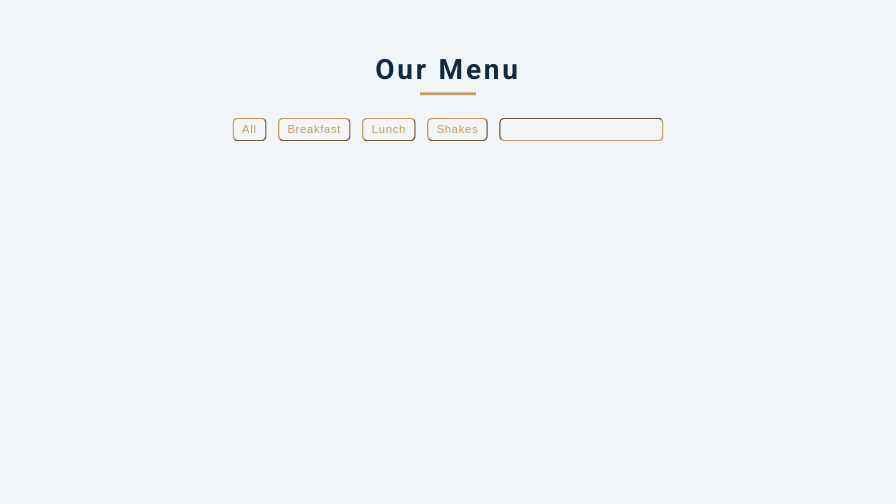
Repository: Hasmik-icml/menuFilter
Page: index.html
The author's editor kept a copy of each file at every save. The page is drawn from the files as they stood at one save, then again after a run of saves.
The browser window is 1280 px wide. The pictures show the whole page, at 70% of full size.
Some web libraries are served in a nearby version.

Above is the page before, as saved 2022-02-15 21:55:20.

### index.html
<!DOCTYPE html>
<html lang="en">
  <head>
    <meta charset="UTF-8" />
    <meta name="viewport" content="width=device-width, initial-scale=1.0" />
    <title>Starter</title>
    <!-- font-awesome -->
    <link
      rel="stylesheet"
      href="https://cdnjs.cloudflare.com/ajax/libs/font-awesome/5.14.0/css/all.min.css"
    />
    <!-- styles -->
    <link rel="stylesheet" href="styles.css" />
  </head>
  <body>
    <section class="menu">
      <!-- title -->
      <div class="title">
        <h2>our menu</h2>
        <div class="underline"></div>
      </div>
      <!-- filter buttons -->
      <div class="btn-container">
        <!-- <button type="button" class="filter-btn" data-id="all">all</button>
          <button type="button" class="filter-btn" data-id="breakfast">
            breakfast
          </button>
          <button type="button" class="filter-btn" data-id="lunch">lunch</button>
          <button type="button" class="filter-btn" data-id="shakes">
            shakes
          </button> -->
      </div>
      <!-- menu items -->
      <div class="section-center">
        <!-- single item -->
        <article class="menu-item">
          <img src="./menu-item.jpeg" alt="menu item" class="photo" />
          <div class="item-info">
            <header>
              <h4>buttermilk pancakes</h4>
              <h4 class="price">$15</h4>
            </header>
            <p class="item-text">
              Lorem ipsum dolor sit amet consectetur adipisicing elit.
              Repudiandae, sint quam. Et reprehenderit fugiat nesciunt inventore
              laboriosam excepturi! Quo, officia.
            </p>
          </div>
        </article>
        <!-- end of single item -->
        <!-- single item -->
        <article class="menu-item">
          <img src="./menu-item.jpeg" alt="menu item" class="photo" />
          <div class="item-info">
            <header>
              <h4>buttermilk pancakes</h4>
              <h4 class="price">$15</h4>
            </header>
            <p class="item-text">
              Lorem ipsum dolor sit amet consectetur adipisicing elit.
              Repudiandae, sint quam. Et reprehenderit fugiat nesciunt inventore
              laboriosam excepturi! Quo, officia.
            </p>
          </div>
        </article>
        <!-- end of single item -->
        <!-- single item -->
        <article class="menu-item">
          <img src="./menu-item.jpeg" alt="menu item" class="photo" />
          <div class="item-info">
            <header>
              <h4>buttermilk pancakes</h4>
              <h4 class="price">$15</h4>
            </header>
            <p class="item-text">
              Lorem ipsum dolor sit amet consectetur adipisicing elit.
              Repudiandae, sint quam. Et reprehenderit fugiat nesciunt inventore
              laboriosam excepturi! Quo, officia.
            </p>
          </div>
        </article>
        <!-- end of single item -->
      </div>
    </section>
    <!-- javascript -->
    <script type="module" src="./app.js"></script>
  </body>
</html>

### styles.css
/*
===============
Fonts
===============
*/
@import url("https://fonts.googleapis.com/css?family=Open+Sans|Roboto:400,700&display=swap");

/*
===============
Variables
===============
*/

:root {
  /* dark shades of primary color*/
  --clr-primary-1: hsl(205, 86%, 17%);
  --clr-primary-2: hsl(205, 77%, 27%);
  --clr-primary-3: hsl(205, 72%, 37%);
  --clr-primary-4: hsl(205, 63%, 48%);
  /* primary/main color */
  --clr-primary-5: #49a6e9;
  /* lighter shades of primary color */
  --clr-primary-6: hsl(205, 89%, 70%);
  --clr-primary-7: hsl(205, 90%, 76%);
  --clr-primary-8: hsl(205, 86%, 81%);
  --clr-primary-9: hsl(205, 90%, 88%);
  --clr-primary-10: hsl(205, 100%, 96%);
  /* darkest grey - used for headings */
  --clr-grey-1: hsl(209, 61%, 16%);
  --clr-grey-2: hsl(211, 39%, 23%);
  --clr-grey-3: hsl(209, 34%, 30%);
  --clr-grey-4: hsl(209, 28%, 39%);
  /* grey used for paragraphs */
  --clr-grey-5: hsl(210, 22%, 49%);
  --clr-grey-6: hsl(209, 23%, 60%);
  --clr-grey-7: hsl(211, 27%, 70%);
  --clr-grey-8: hsl(210, 31%, 80%);
  --clr-grey-9: hsl(212, 33%, 89%);
  --clr-grey-10: hsl(210, 36%, 96%);
  --clr-white: #fff;
  --clr-red-dark: hsl(360, 67%, 44%);
  --clr-red-light: hsl(360, 71%, 66%);
  --clr-green-dark: hsl(125, 67%, 44%);
  --clr-green-light: hsl(125, 71%, 66%);
  --clr-gold: #c59d5f;
  --clr-black: #222;
  --ff-primary: "Roboto", sans-serif;
  --ff-secondary: "Open Sans", sans-serif;
  --transition: all 0.3s linear;
  --spacing: 0.25rem;
  --radius: 0.5rem;
  --light-shadow: 0 5px 15px rgba(0, 0, 0, 0.1);
  --dark-shadow: 0 5px 15px rgba(0, 0, 0, 0.2);
  --max-width: 1170px;
  --fixed-width: 620px;
}
/*
===============
Global Styles
===============
*/

*,
::after,
::before {
  margin: 0;
  padding: 0;
  box-sizing: border-box;
}
body {
  font-family: var(--ff-secondary);
  background: var(--clr-grey-10);
  color: var(--clr-grey-1);
  line-height: 1.5;
  font-size: 0.875rem;
}
ul {
  list-style-type: none;
}
a {
  text-decoration: none;
}
img:not(.logo) {
  width: 100%;
}
img {
  display: block;
}

h1,
h2,
h3,
h4 {
  letter-spacing: var(--spacing);
  text-transform: capitalize;
  line-height: 1.25;
  margin-bottom: 0.75rem;
  font-family: var(--ff-primary);
}
h1 {
  font-size: 3rem;
}
h2 {
  font-size: 2rem;
}
h3 {
  font-size: 1.25rem;
}
h4 {
  font-size: 0.875rem;
}
p {
  margin-bottom: 1.25rem;
  color: var(--clr-grey-5);
}
@media screen and (min-width: 800px) {
  h1 {
    font-size: 4rem;
  }
  h2 {
    font-size: 2.5rem;
  }
  h3 {
    font-size: 1.75rem;
  }
  h4 {
    font-size: 1rem;
  }
  body {
    font-size: 1rem;
  }
  h1,
  h2,
  h3,
  h4 {
    line-height: 1;
  }
}
/*  global classes */

.btn {
  text-transform: uppercase;
  background: transparent;
  color: var(--clr-black);
  padding: 0.375rem 0.75rem;
  letter-spacing: var(--spacing);
  display: inline-block;
  transition: var(--transition);
  font-size: 0.875rem;
  border: 2px solid var(--clr-black);
  cursor: pointer;
  box-shadow: 0 1px 3px rgba(0, 0, 0, 0.2);
  border-radius: var(--radius);
}
.btn:hover {
  color: var(--clr-white);
  background: var(--clr-black);
}
/* section */
.section {
  padding: 5rem 0;
}

main {
  min-height: 100vh;
  display: grid;
  place-items: center;
}
/*
===============
Menu
===============
*/

.menu {
  padding: 5rem 0;
}
.title {
  text-align: center;
  margin-bottom: 2rem;
}
.underline {
  width: 5rem;
  height: 0.25rem;
  background: var(--clr-gold);
  margin-left: auto;
  margin-right: auto;
}
.btn-container {
  margin-bottom: 4rem;
  display: flex;
  justify-content: center;
}
.filter-btn {
  background: transparent;
  border-color: var(--clr-gold);
  font-size: 1rem;
  text-transform: capitalize;
  margin: 0 0.5rem;
  letter-spacing: 1px;
  border-radius: var(--radius);
  padding: 0.375rem 0.75rem;
  color: var(--clr-gold);
  cursor: pointer;
  transition: var(--transition);
}
.filter-btn:hover {
  background: var(--clr-gold);
  color: var(--clr-white);
}
.section-center {
  width: 90vw;
  margin: 0 auto;
  max-width: 1170px;
  display: grid;
  gap: 3rem 2rem;
  justify-items: center;
}
.menu-item {
  display: grid;
  gap: 1rem 2rem;
  max-width: 25rem;
}
.photo {
  object-fit: cover;
  height: 200px;
  border: 0.25rem solid var(--clr-gold);
  border-radius: var(--radius);
}
.item-info header {
  display: flex;
  justify-content: space-between;
  border-bottom: 0.5px dotted var(--clr-grey-5);
}
.item-info h4 {
  margin-bottom: 0.5rem;
}
.price {
  color: var(--clr-gold);
}
.item-text {
  margin-bottom: 0;
  padding-top: 1rem;
}
#filterInput{
  background: transparent;
  border-color: var(--clr-gold);
  font-size: 1rem;
  text-transform: capitalize;
  margin: 0 0.5rem;
  letter-spacing: 1px;
  border-radius: var(--radius);
  padding: 0.375rem 0.75rem;
  color: var(--clr-gold);
  cursor: pointer;
  transition: var(--transition);
}
}
@media screen and (min-width: 768px) {
  .menu-item {
    grid-template-columns: 225px 1fr;
    gap: 0 1.25rem;
    max-width: 40rem;
  }
  .photo {
    height: 175px;
  }
}
@media screen and (min-width: 1200px) {
  .section-center {
    width: 95vw;
    grid-template-columns: 1fr 1fr;
  }
  .photo {
    height: 150px;
  }
}

### app.js
import {
  menu
} from "./data.js";

// get parent element
const sectionCenter = document.querySelector(".section-center");
const btnContainer = document.querySelector(".btn-container");



// display all items when page loads
window.addEventListener("DOMContentLoaded", function () {
  displayMenuItems(menu);
  displayMenuButtons();
  filter();
  filterByWord();
});


function displayMenuItems(menuItems) {
  let displayMenu = menuItems.map(function (item) {
    // console.log(item);

    return `<article class="menu-item">
            <img src=${item.img} alt=${item.title} class="photo" />
            <div class="item-info">
              <header>
                <h4>${item.title}</h4>
                <h4 class="price">$${item.price}</h4>
              </header>
              <p class="item-text">
                ${item.desc}
              </p>
            </div>
          </article>`;
  });
  displayMenu = displayMenu.join("");
  // console.log(displayMenu);

  sectionCenter.innerHTML = displayMenu;
}

function displayMenuButtons() {
  btnContainer.innerHTML +=
    `<button type="button" class="filter-btn" data-id="all">all</button>
  <button type="button" class="filter-btn" data-id="breakfast">
    breakfast
  </button>
  <button type="button" class="filter-btn" data-id="lunch">lunch</button>
  <button type="button" class="filter-btn" data-id="shakes">shakes</button>
  <input type="text" class="filterByWord" name="filter" data-id="filterByWord" id="filterInput">`

}


function filter(){
  const btn = document.querySelectorAll(".filter-btn");
  btn.forEach(item => {
    item.addEventListener("click", function () {
      let filterItem = item.getAttribute("data-id");
      if (filterItem !== "all") {
        let filteredMenu = menu.filter(filterByName => {
          return filterByName.category === filterItem;
        })
        displayMenuItems(filteredMenu);
      } else {
        displayMenuItems(menu);
      }
    })
  })
}

function filterByWord(){
  const inputText = document.querySelector(".filterByWord");
  let searchText = ""
  inputText.addEventListener("keyup", (e) =>{
    console.log("inputtext", e.target.value);
    searchText = e.target.value;
  })
  let filteredMenuByWord = menu.filter(filterItem => {
    return filterItem.category === searchText;
  });
  displayMenuItems(filteredMenuByWord);
}

### data.js
export const menu = [
  {
    id: 1,
    title: "buttermilk pancakes",
    category: "breakfast",
    price: 15.99,
    img: "./images/item-1.jpeg",
    desc: `I'm baby woke mlkshk wolf bitters live-edge blue bottle, hammock freegan copper mug whatever cold-pressed `,
  },
  {
    id: 2,
    title: "diner double",
    category: "lunch",
    price: 13.99,
    img: "./images/item-2.jpeg",
    desc: `vaporware iPhone mumblecore selvage raw denim slow-carb leggings gochujang helvetica man braid jianbing. Marfa thundercats `,
  },
  {
    id: 3,
    title: "godzilla milkshake",
    category: "shakes",
    price: 6.99,
    img: "./images/item-3.jpeg",
    desc: `ombucha chillwave fanny pack 3 wolf moon street art photo booth before they sold out organic viral.`,
  },
  {
    id: 4,
    title: "country delight",
    category: "breakfast",
    price: 20.99,
    img: "./images/item-4.jpeg",
    desc: `Shabby chic keffiyeh neutra snackwave pork belly shoreditch. Prism austin mlkshk truffaut, `,
  },
  {
    id: 5,
    title: "egg attack",
    category: "lunch",
    price: 22.99,
    img: "./images/item-5.jpeg",
    desc: `franzen vegan pabst bicycle rights kickstarter pinterest meditation farm-to-table 90's pop-up `,
  },
  {
    id: 6,
    title: "oreo dream",
    category: "shakes",
    price: 18.99,
    img: "./images/item-6.jpeg",
    desc: `Portland chicharrones ethical edison bulb, palo santo craft beer chia heirloom iPhone everyday`,
  },
  {
    id: 7,
    title: "bacon overflow",
    category: "breakfast",
    price: 8.99,
    img: "./images/item-7.jpeg",
    desc: `carry jianbing normcore freegan. Viral single-origin coffee live-edge, pork belly cloud bread iceland put a bird `,
  },
  {
    id: 8,
    title: "american classic",
    category: "lunch",
    price: 12.99,
    img: "./images/item-8.jpeg",
    desc: `on it tumblr kickstarter thundercats migas everyday carry squid palo santo leggings. Food truck truffaut  `,
  },
  {
    id: 9,
    title: "quarantine buddy",
    category: "shakes",
    price: 16.99,
    img: "./images/item-9.jpeg",
    desc: `skateboard fam synth authentic semiotics. Live-edge lyft af, edison bulb yuccie crucifix microdosing.`,
  },
  {
    id: 10,
    title: "bison steak",
    category: "dinner",
    price: 22.99,
    img: "./images/item-10.jpeg",
    desc: `skateboard fam synth authentic semiotics. Live-edge lyft af, edison bulb yuccie crucifix microdosing.`,
  },
];

After the next 2 saves:
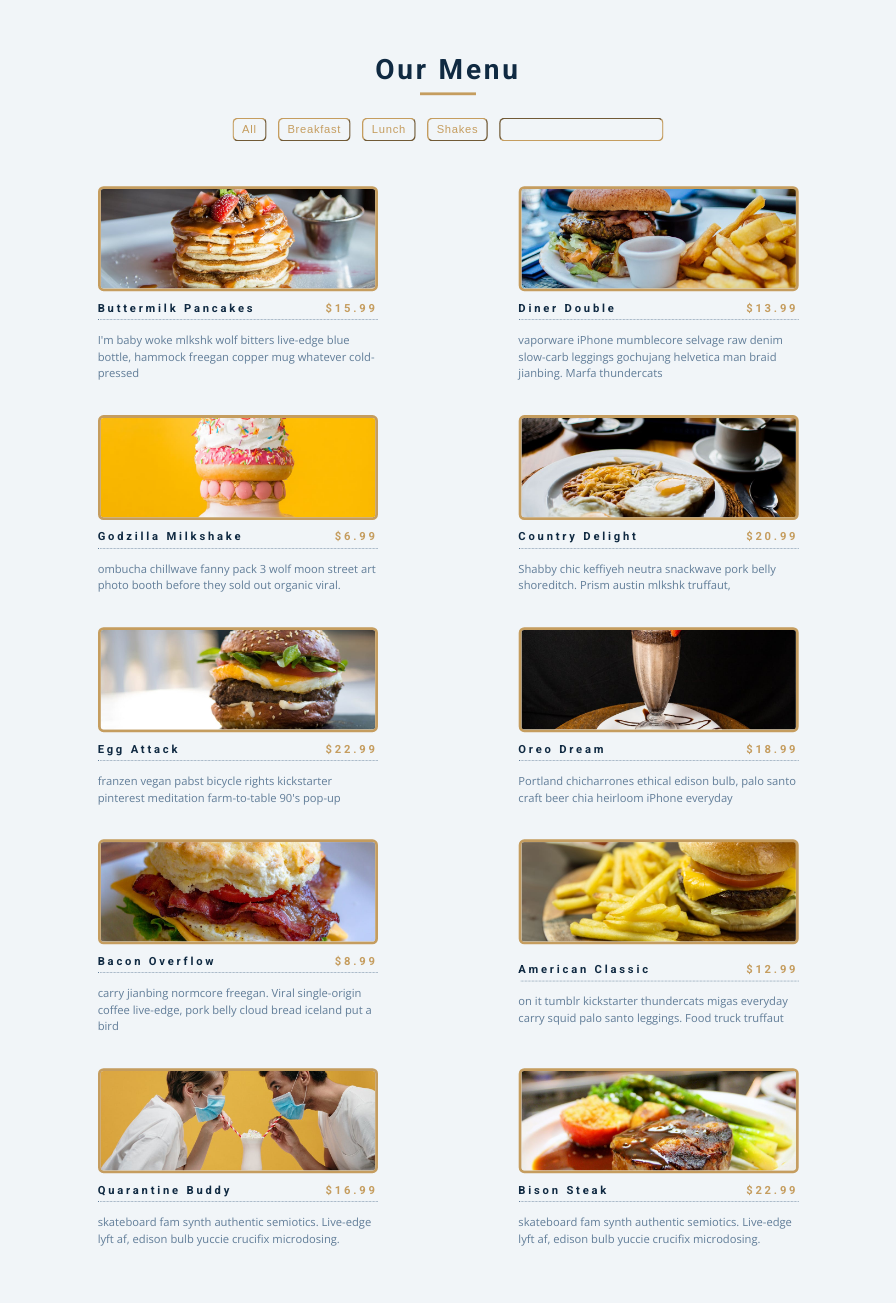
Console error: ReferenceError: e is not defined
The 2 saves are shown as one change because they came seconds apart.
The last was saved 27 s later.
--- a/app.js
+++ b/app.js
@@ -77,6 +77,7 @@
     console.log("inputtext", e.target.value);
     searchText = e.target.value;
   })
+  console.log("inputtext", e.target.value);
   let filteredMenuByWord = menu.filter(filterItem => {
     return filterItem.category === searchText;
   });

After the save that followed:
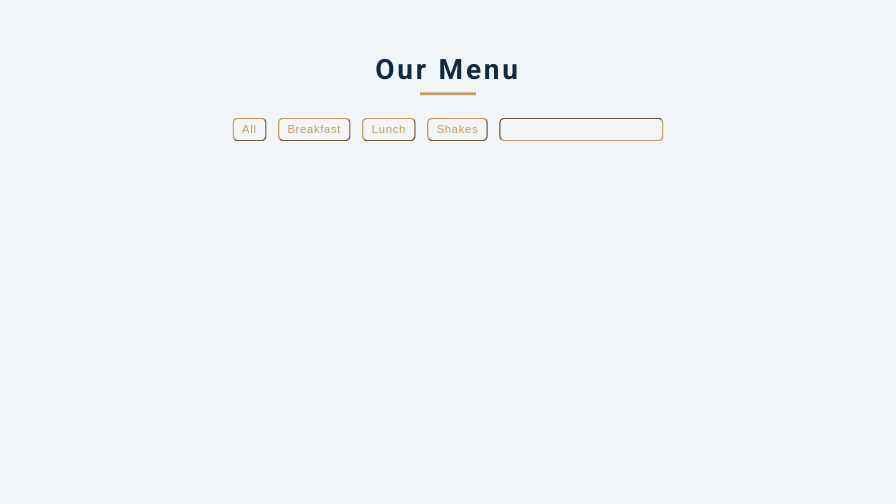
The error is gone.
Saved 5 s later.
--- a/app.js
+++ b/app.js
@@ -77,7 +77,7 @@
     console.log("inputtext", e.target.value);
     searchText = e.target.value;
   })
-  console.log("inputtext", e.target.value);
+  console.log("inputtext", searchText);
   let filteredMenuByWord = menu.filter(filterItem => {
     return filterItem.category === searchText;
   });
